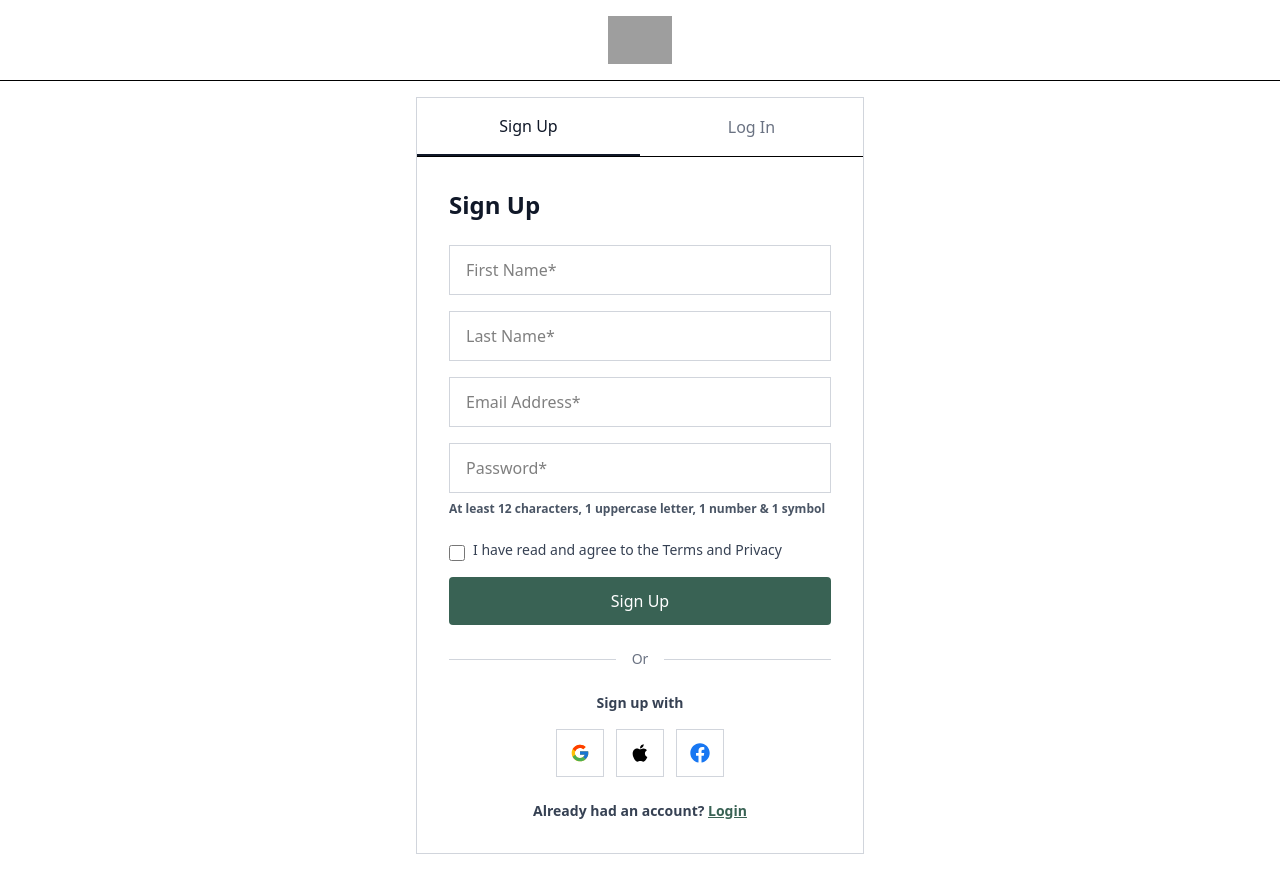
Repository: lyns184/FE-shoes_web
Page: /login
The author's editor kept a copy of each file at every save. The page is drawn from the files as they stood at one save, then again after the next save.
The browser window is 1280 px wide. The pictures show the whole page.
Pictures or frames that could not be fetched are drawn as grey boxes. The project was rebuilt for these pictures with package versions that can differ from the ones it lists, and the page was loaded fresh each time. Also part of the build but not shown: vite.config.ts, src/components/shop/Header.tsx, src/components/shop/Navigation.tsx, src/components/shop/HeroCarousel.tsx, src/components/shop/ProductCard.tsx, src/components/shop/BrandCard.tsx, src/components/shop/ReleaseCard.tsx, src/components/shop/PromoBanner.tsx and 7 more.

Above is the page before, as saved 2026-01-01 18:18:57.

### index.html
<!doctype html>
<html lang="en">
  <head>
    <meta charset="UTF-8" />
    <link rel="icon" type="image/svg+xml" href="/vite.svg" />
    <meta name="viewport" content="width=device-width, initial-scale=1.0" />
    <title>shoes_web</title>
  </head>
  <body>
    <div id="root"></div>
    <script type="module" src="/src/main.tsx"></script>
  </body>
</html>

### src/App.tsx
import { BrowserRouter, Routes, Route } from 'react-router-dom'
import Home from './pages/Home'
import SignUp from './pages/SignUp'
import NotFound from './pages/NotFound'
import './App.css'

function App() {
  return (
    <BrowserRouter>
      <Routes>
        <Route path="/" element={<Home />} />
        <Route path="/login" element={<SignUp />} />
        <Route path="*" element={<NotFound />} />
      </Routes>
    </BrowserRouter>
  )
}

export default App

### src/pages/SignUp.tsx
import { useState } from 'react';
import SignUpForm from '../components/SignUpForm';
import LoginForm from '../components/LoginForm';
import SocialLogin from '../components/SocialLogin';

export default function SignUp() {
  const [activeTab, setActiveTab] = useState<'signup' | 'login'>('signup');

  return (
    <div className="min-h-screen bg-white flex flex-col">
      {/* Header */}
      <header className="border-b bg-white py-4">
        <div className="container mx-auto px-4 flex items-center justify-center gap-2">
          <img src="/logo.png" alt="Logo" className="h-12" />
        </div>
      </header>

      {/* Main Content */}
      <main className="flex-1 flex items-center justify-center p-4">
        <div className="w-full max-w-md border border-gray-300 bg-white">
          {/* Tabs */}
          <div className="grid grid-cols-2 border-b">
            <button
              onClick={() => setActiveTab('signup')}
              className={`py-4 text-center font-medium transition-colors cursor-pointer ${
                activeTab === 'signup'
                  ? 'text-gray-900 border-b-2 border-gray-900'
                  : 'text-gray-500 hover:text-gray-700'
              }`}
            >
              Sign Up
            </button>
            <button
              onClick={() => setActiveTab('login')}
              className={`py-4 text-center font-medium transition-colors cursor-pointer ${
                activeTab === 'login'
                  ? 'text-gray-900 border-b-2 border-gray-900'
                  : 'text-gray-500 hover:text-gray-700'
              }`}
            >
              Log In
            </button>
          </div>

          {/* Form */}
          <div className="p-8">
            {activeTab === 'signup' ? (
              <>
                <h1 className="text-2xl font-bold text-gray-900 mb-6">Sign Up</h1>
                <SignUpForm />
                <SocialLogin mode="signup" />

                {/* Login Link */}
                <p className="text-center text-sm text-gray-700 mt-6">
                  <span className="font-bold">Already had an account?</span>{' '}
                  <button
                    onClick={() => setActiveTab('login')}
                    className="text-[#396254] underline hover:no-underline cursor-pointer font-bold"
                  >
                    Login
                  </button>
                </p>
              </>
            ) : (
              <>
                <h1 className="text-2xl font-bold text-gray-900 mb-6">Log in</h1>
                <LoginForm />
                <SocialLogin mode="login" />

                {/* Sign Up Link */}
                <p className="text-center text-sm text-gray-700 mt-6">
                  <span className="font-bold">Need an account?</span>{' '}
                  <button
                    onClick={() => setActiveTab('signup')}
                    className="text-[#396254] underline hover:no-underline cursor-pointer font-bold"
                  >
                    Signup
                  </button>
                </p>
              </>
            )}
          </div>
        </div>
      </main>
    </div>
  );
}

### src/components/SignUpForm.tsx
import { useState } from 'react';

export default function SignUpForm() {
  const [formData, setFormData] = useState({
    firstName: '',
    lastName: '',
    email: '',
    password: '',
    agreedToTerms: false,
  });

  const handleSubmit = (e: React.FormEvent) => {
    e.preventDefault();
    console.log('Form submitted:', formData);
  };

  const handleChange = (e: React.ChangeEvent<HTMLInputElement>) => {
    const { name, value, type, checked } = e.target;
    setFormData(prev => ({
      ...prev,
      [name]: type === 'checkbox' ? checked : value,
    }));
  };

  return (
    <form onSubmit={handleSubmit} className="space-y-4">
      <input
        type="text"
        name="firstName"
        placeholder="First Name*"
        value={formData.firstName}
        onChange={handleChange}
        className="w-full px-4 py-3 border border-gray-300 rounded-none focus:outline-none focus:ring-1 focus:ring-gray-400"
        required
      />

      <input
        type="text"
        name="lastName"
        placeholder="Last Name*"
        value={formData.lastName}
        onChange={handleChange}
        className="w-full px-4 py-3 border border-gray-300 rounded-none focus:outline-none focus:ring-1 focus:ring-gray-400"
        required
      />

      <input
        type="email"
        name="email"
        placeholder="Email Address*"
        value={formData.email}
        onChange={handleChange}
        className="w-full px-4 py-3 border border-gray-300 rounded-none focus:outline-none focus:ring-1 focus:ring-gray-400"
        required
      />

      <div>
        <input
          type="password"
          name="password"
          placeholder="Password*"
          value={formData.password}
          onChange={handleChange}
          className="w-full px-4 py-3 border border-gray-300 rounded-none focus:outline-none focus:ring-1 focus:ring-gray-400"
          required
        />
        <p className="text-xs text-gray-600 mt-2 font-bold">
          At least 12 characters, 1 uppercase letter, 1 number & 1 symbol
        </p>
      </div>

      <div className="flex items-start gap-2 pt-2">
        <input
          type="checkbox"
          name="agreedToTerms"
          id="terms"
          checked={formData.agreedToTerms}
          onChange={handleChange}
          className="mt-1 w-4 h-4 accent-teal-700"
          required
        />
        <label htmlFor="terms" className="text-sm text-gray-700 leading-tight">
          I have read and agree to the Terms and Privacy
        </label>
      </div>

      <button
        type="submit"
        className="w-full bg-[#396254] hover:bg-[#2d4d3f] text-white py-3 rounded-sm font-medium text-base transition-colors cursor-pointer"
      >
        Sign Up
      </button>
    </form>
  );
}

### src/components/SocialLogin.tsx
import { FcGoogle } from 'react-icons/fc';
import { FaApple, FaFacebook } from 'react-icons/fa';

interface SocialLoginProps {
  mode?: 'signup' | 'login';
}

export default function SocialLogin({ mode = 'signup' }: SocialLoginProps) {
  return (
    <>
      {/* Divider */}
      <div className="relative my-6">
        <div className="absolute inset-0 flex items-center">
          <div className="w-full border-t border-gray-300"></div>
        </div>
        <div className="relative flex justify-center text-sm">
          <span className="px-4 bg-white text-gray-500">Or</span>
        </div>
      </div>

      {/* Social Login */}
      <div className="text-center">
        <p className="text-sm text-gray-700 mb-4 font-bold">
          {mode === 'signup' ? 'Sign up with' : 'Log in with'}
        </p>
        <div className="flex justify-center gap-3">
          <button
            type="button"
            className="w-12 h-12 border border-gray-300 flex items-center justify-center hover:bg-gray-50 transition-colors cursor-pointer"
            aria-label={`${mode === 'signup' ? 'Sign up' : 'Log in'} with Google`}
          >
            <FcGoogle className="w-5 h-5" />
          </button>

          <button
            type="button"
            className="w-12 h-12 border border-gray-300 flex items-center justify-center hover:bg-gray-50 transition-colors cursor-pointer"
            aria-label={`${mode === 'signup' ? 'Sign up' : 'Log in'} with Apple`}
          >
            <FaApple className="w-5 h-5" />
          </button>

          <button
            type="button"
            className="w-12 h-12 border border-gray-300 flex items-center justify-center hover:bg-gray-50 transition-colors cursor-pointer"
            aria-label={`${mode === 'signup' ? 'Sign up' : 'Log in'} with Facebook`}
          >
            <FaFacebook className="w-5 h-5 text-[#1877F2]" />
          </button>
        </div>
      </div>
    </>
  );
}

Loaded but not shown: src/main.tsx (common file); src/index.css (common file)

After the next save:
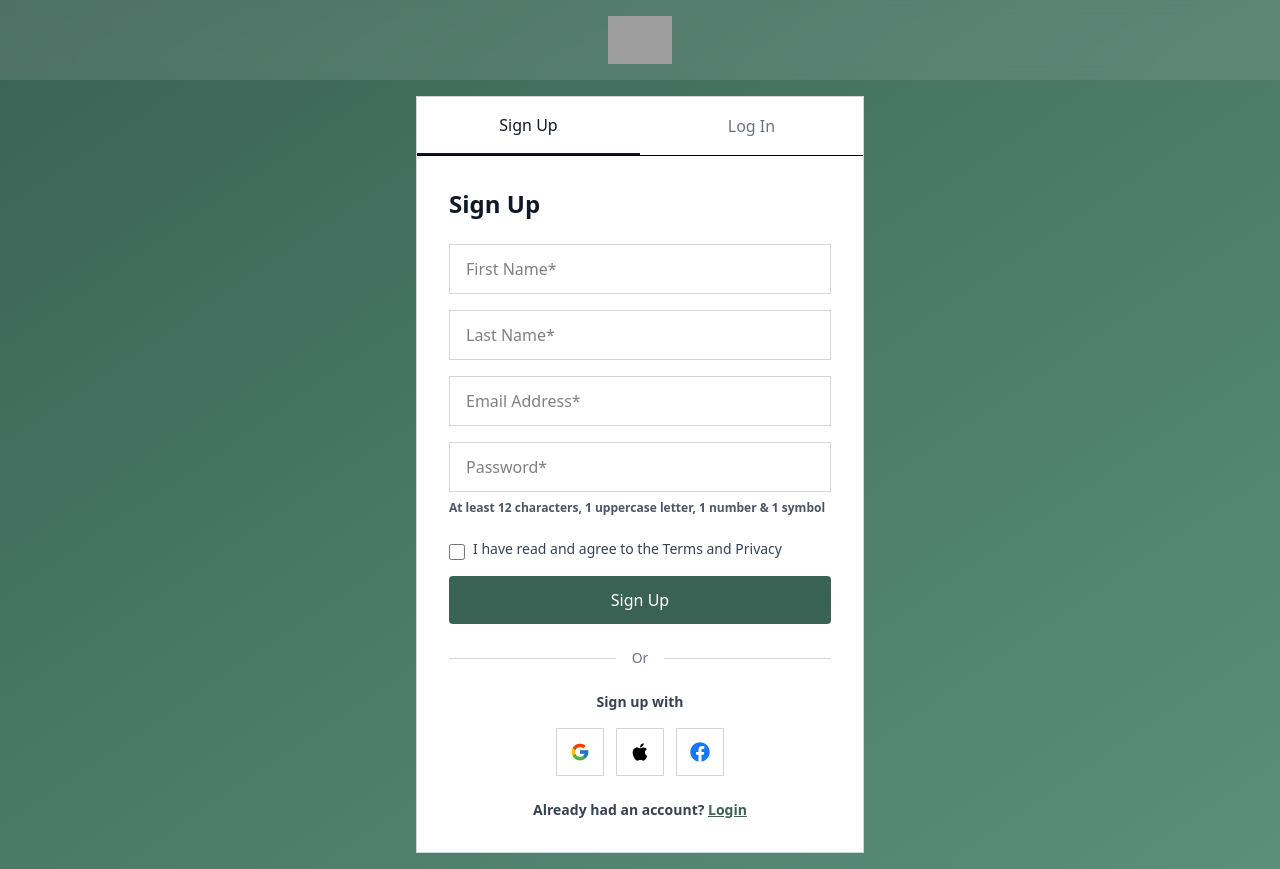
Saved 75 s later.
--- a/src/pages/SignUp.tsx
+++ b/src/pages/SignUp.tsx
@@ -7,9 +7,9 @@ export default function SignUp() {
   const [activeTab, setActiveTab] = useState<'signup' | 'login'>('signup');
 
   return (
-    <div className="min-h-screen bg-white flex flex-col">
+    <div className="min-h-screen bg-gradient-to-br from-[#396254] via-[#4a7a68] to-[#5a8f7c] flex flex-col">
       {/* Header */}
-      <header className="border-b bg-white py-4">
+      <header className="bg-white/10 backdrop-blur-sm py-4">
         <div className="container mx-auto px-4 flex items-center justify-center gap-2">
           <img src="/logo.png" alt="Logo" className="h-12" />
         </div>
